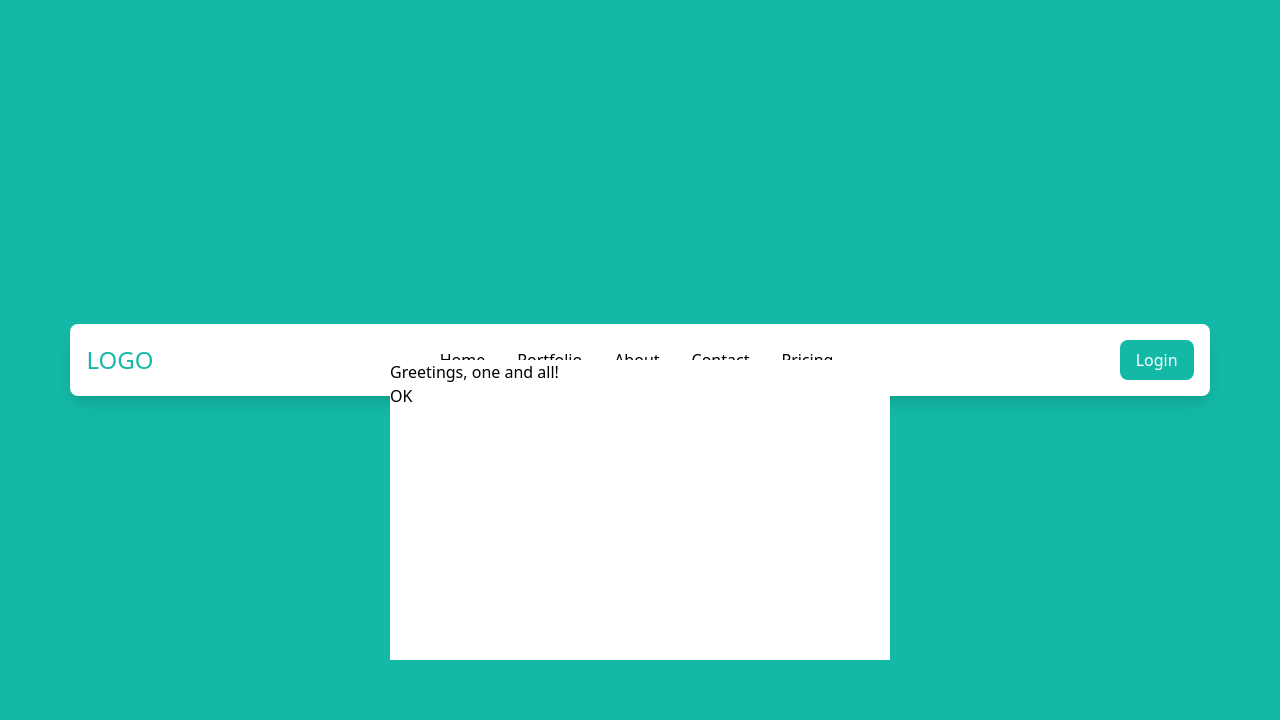
Repository: DevAntonioRogers/react-modal-with-dialog
Page: /
These files come from the project's save history. The page is drawn as it stood at one moment and after the next save; the edit follows.
The browser window is 1280 px wide. The pictures show the whole page.
The project was rebuilt for these pictures with package versions that can differ from the ones it lists, and the page was loaded fresh each time. Also part of the build but not shown: vite.config.ts.

Above is the page before, as saved 2023-05-10 12:42:41.

### src/App.tsx
import { useRef } from "react";

function App() {
  const ref = useRef(null);
  const modal = ref.current;

  return (
    <>
      <div className="flex items-center justify-center w-screen h-screen bg-teal-500 relative">
        <nav className="flex justify-between items-center p-4 w-[89%] bg-white m-auto rounded-lg shadow-lg">
          <div>
            <h1 className="text-2xl text-teal-500">LOGO</h1>
          </div>

          <ul className="flex items-center gap-8">
            <li>
              <a href="#">Home</a>
            </li>
            <li>
              <a href="#">Portfolio</a>
            </li>
            <li>
              <a href="#">About</a>
            </li>
            <li>
              <a href="#">Contact</a>
            </li>
            <li>
              <a href="#">Pricing</a>
            </li>
          </ul>

          <button
            onClick={() => modal.showModal()}
            className="px-4 py-2 bg-teal-500 text-white rounded-lg cursor-pointer"
          >
            Login
          </button>
        </nav>
        <div>
          <dialog ref={ref} open className="w-[500px] h-[300px]">
            <p>Greetings, one and all!</p>
            <form method="dialog">
              <button>OK</button>
            </form>
          </dialog>
        </div>
      </div>
    </>
  );
}

export default App;

Loaded but not shown: index.html (common file); src/main.tsx (common file); src/index.css (common file); tailwind.config.js (common file)

After the next save:
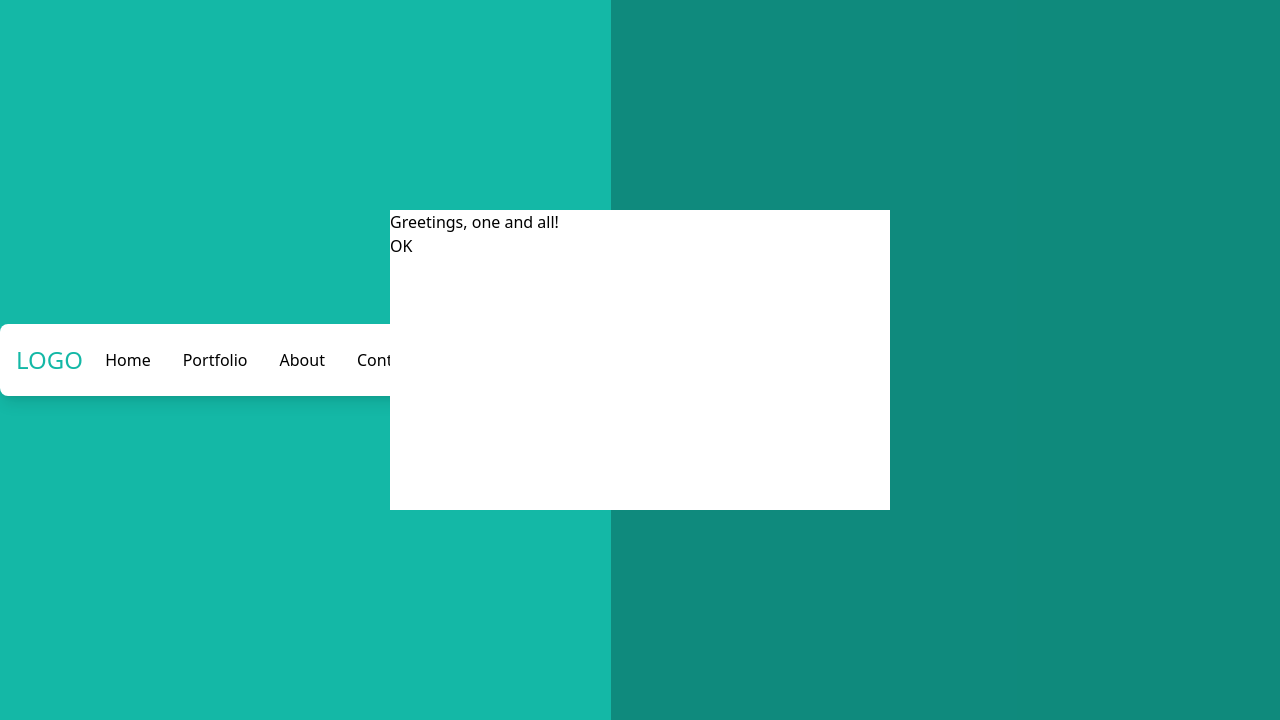
Saved 32 s later.
--- a/src/App.tsx
+++ b/src/App.tsx
@@ -37,7 +37,7 @@ function App() {
             Login
           </button>
         </nav>
-        <div>
+        <div className="w-screen h-screen flex justify-center items-center bg-black/25">
           <dialog ref={ref} open className="w-[500px] h-[300px]">
             <p>Greetings, one and all!</p>
             <form method="dialog">
